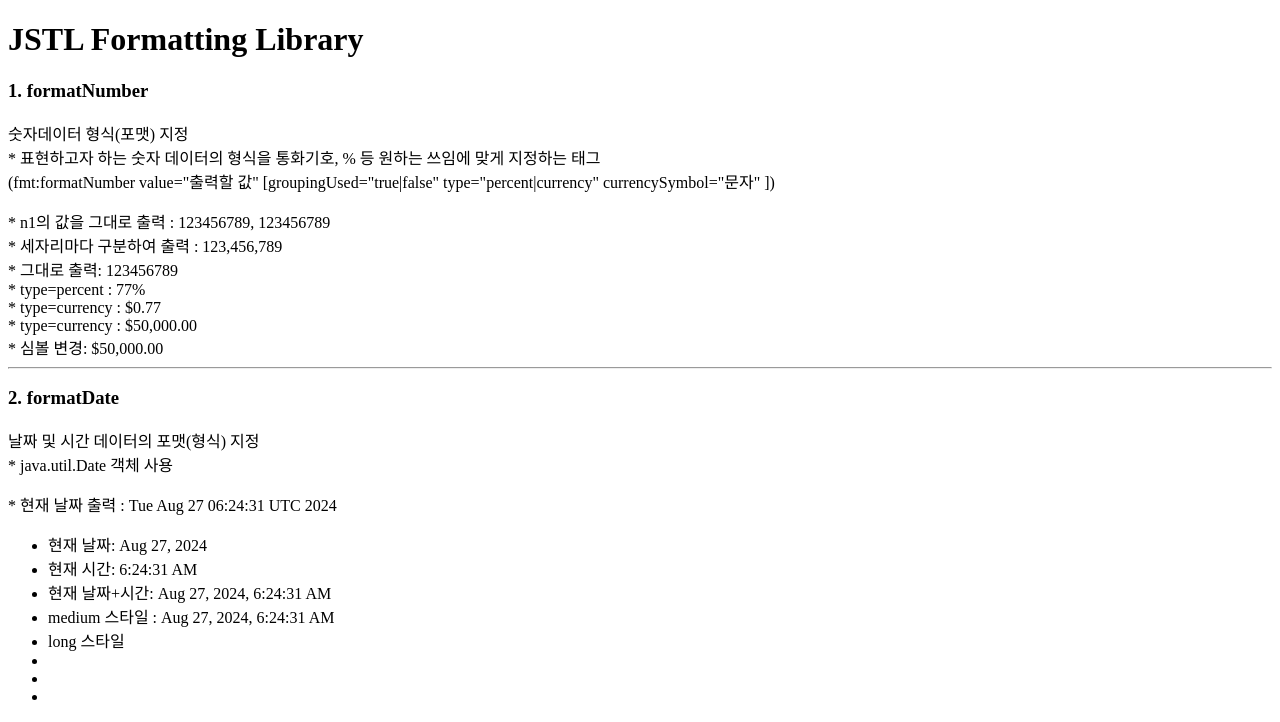
Repository: Developer-Choi-Jae-Young/ServletPractice
Page: http://localhost/3_elAction/views/3_Custom_Action/02_fmt.jsp
The author's editor kept a copy of each file at every save. The page is drawn from the files as they stood at one save, then again after the next save.
The browser window is 1280 px wide. The pictures show the whole page.
The page is served by Tomcat 9.

Above is the page before, as saved 2024-08-28 02:04:20.

After the next save:
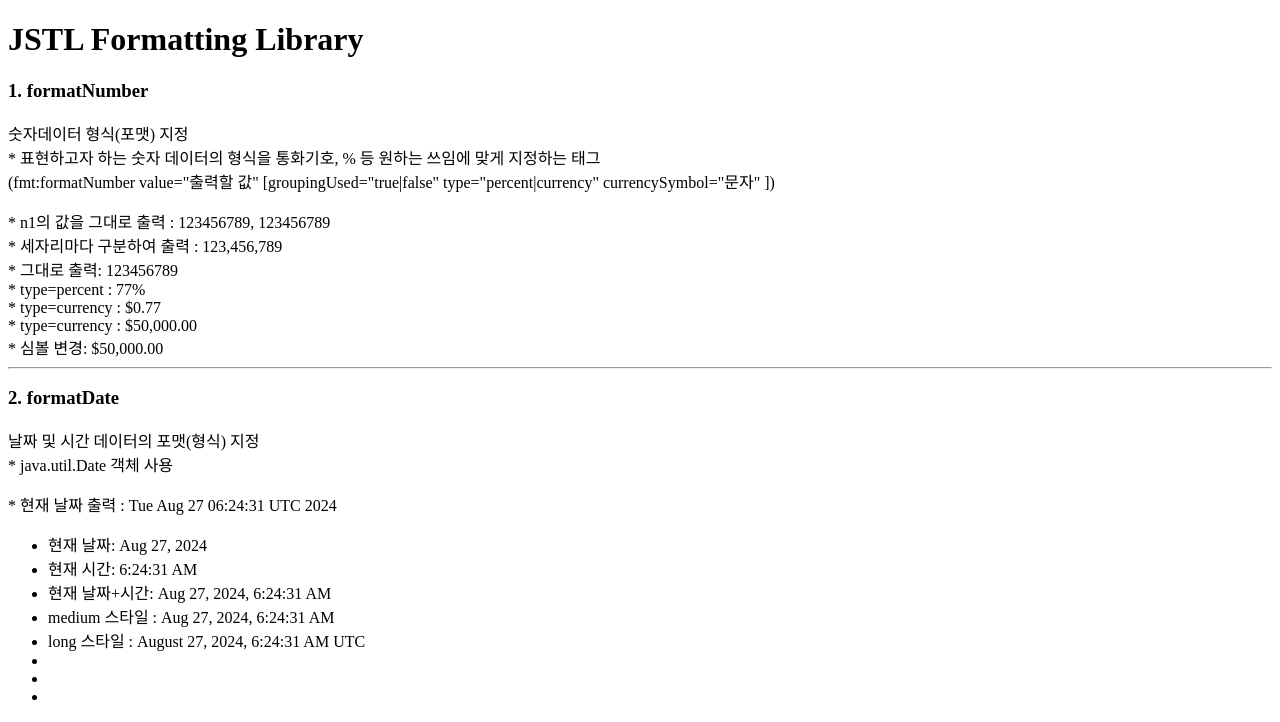
Saved 9 s later.
--- a/3_elAction/src/main/webapp/views/3_Custom_Action/02_fmt.jsp
+++ b/3_elAction/src/main/webapp/views/3_Custom_Action/02_fmt.jsp
@@ -66,7 +66,7 @@
 			medium 스타일 : <fmt:formatDate value="${ today }" type="both" dateStyle="medium" timeStyle="medium"/>
 		</li>
 		<li>
-			long 스타일
+			long 스타일 : <fmt:formatDate value="${ today }" type="both" dateStyle="long" timeStyle="long"/>
 		</li>
 		<li>
 		</li>
